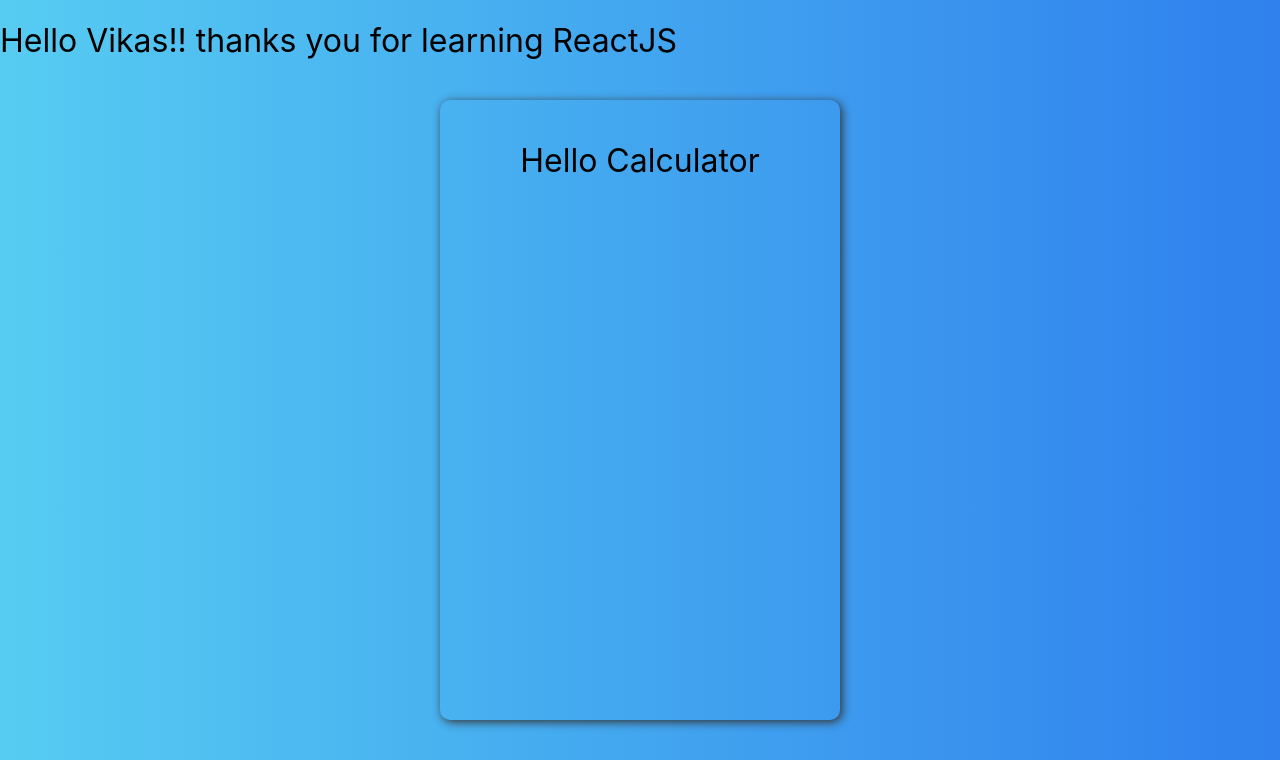
Repository: vikas-1234/calculator
Page: /
An editor plug-in stored every save of this project. The page is shown before and after the next save, followed by the edit.
The browser window is 1280 px wide. The pictures show the whole page.
The project was rebuilt for these pictures with package versions that can differ from the ones it lists, and the page was loaded fresh each time.

Above is the page before, as saved 2024-01-17 20:21:38.

After the next save:
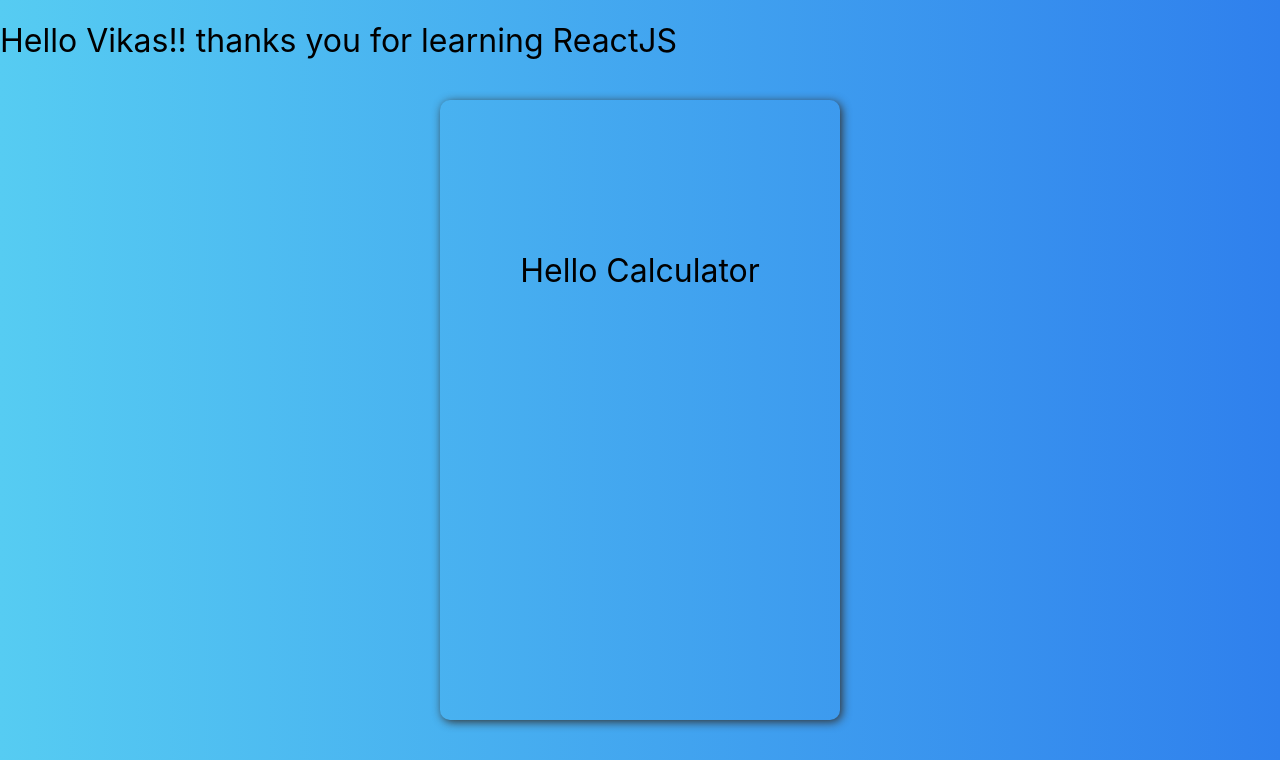
Saved 60 s later.
--- a/src/Components/Calculator.jsx
+++ b/src/Components/Calculator.jsx
@@ -1,11 +1,12 @@
 import React from 'react'
-import {Container} from "../Styles/Main";
+import {Container,Screen} from "../Styles/Main";
 
 
 const Calculator = () => {
   return (
     <>
     <Container>
+      <Screen/>
     <h1>Hello Calculator</h1>
     </Container>
 
